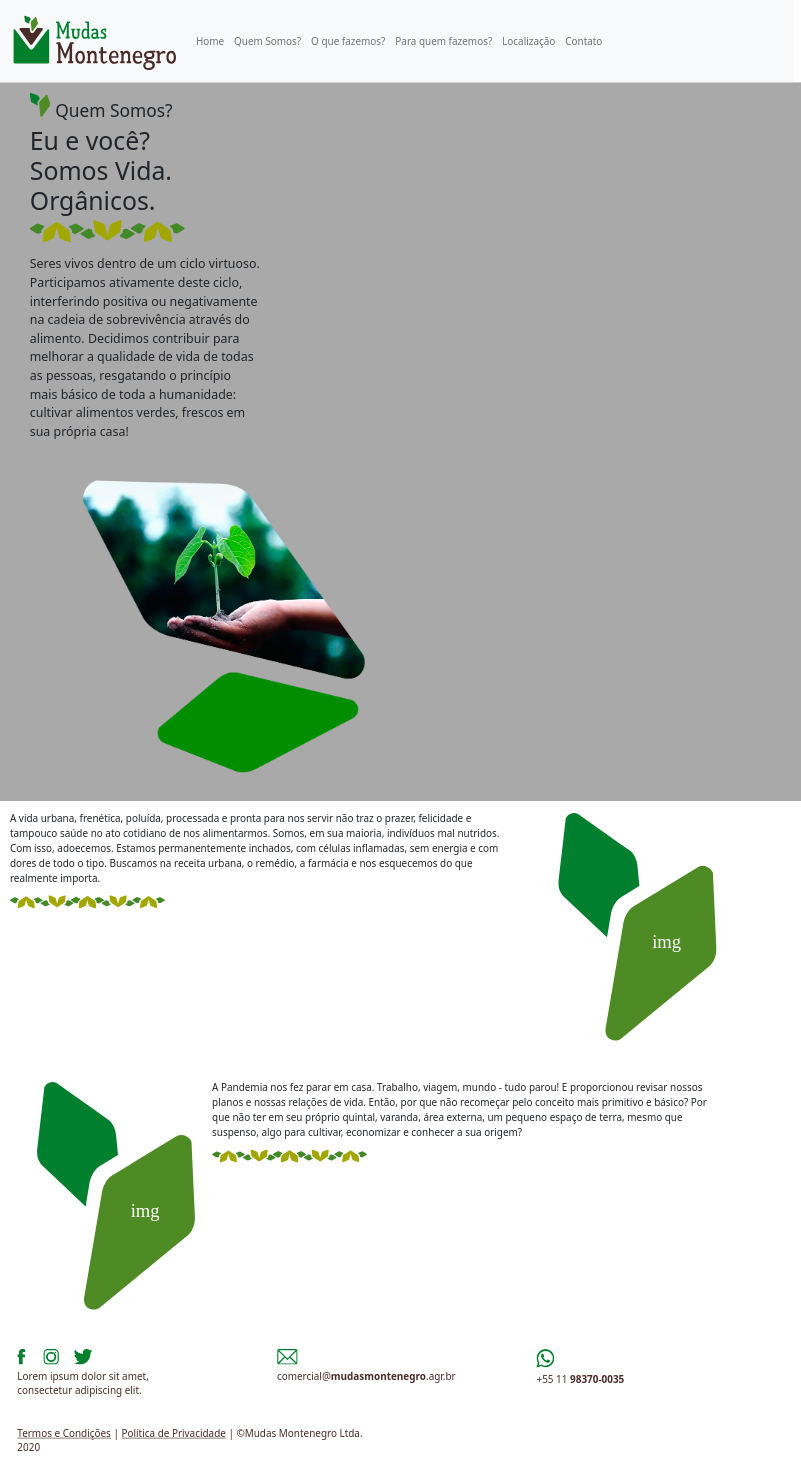
Repository: MaKnok/mudas-montenegro
Page: quem-somos.html
The author's editor kept a copy of each file at every save. The page is drawn from the files as they stood at one save, then again after the next save.
The browser window is 1280 px wide. The page is 1292 px wide, so the pictures cover 1292 px, including what lies to the right of the window. The pictures show the whole page, at 62% of full size.
Some web libraries are served in a nearby version.

Above is the page before, as saved 2021-06-17 14:38:38.

After the next save:
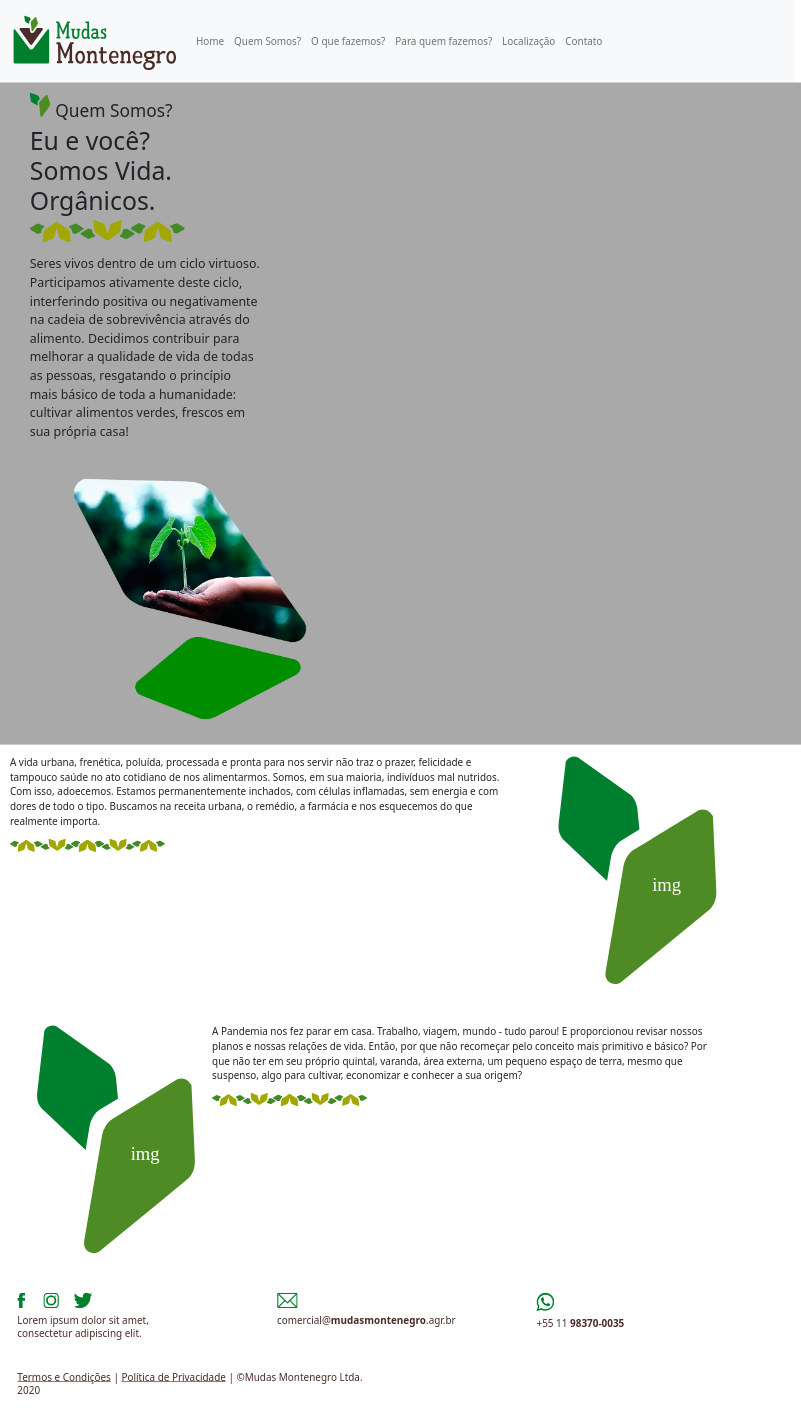
Saved 37 s later.
--- a/quem-somos.html
+++ b/quem-somos.html
@@ -60,7 +60,7 @@
 
       <div class="wrapper">
 
-        <div class="col-xs-12 col-sm-12 col-md-4 col-lg-4 col-xl-4  col-xxl-4">
+        <div class="col-xs-12 col-sm-12 col-md-4 col-lg-4 col-xl-4 col-xxl-4">
 
           <h3 class="page-title">Quem Somos?</h3>
 
@@ -79,7 +79,7 @@
 
         </div>
 
-        <div class="col-xs-12 col-sm-12 col-md-6 col-lg-6 col-xl-6  col-xxl-6">
+        <div class="col-xs-12 col-sm-12 col-md-5 col-lg-5 col-xl-5 col-xxl-5">
 
                   <source srcset="img/leaves_desktop_img.webp 2x,img/leaves_desktop_img.webp"
                   media="(min-width: 992px)"/>
